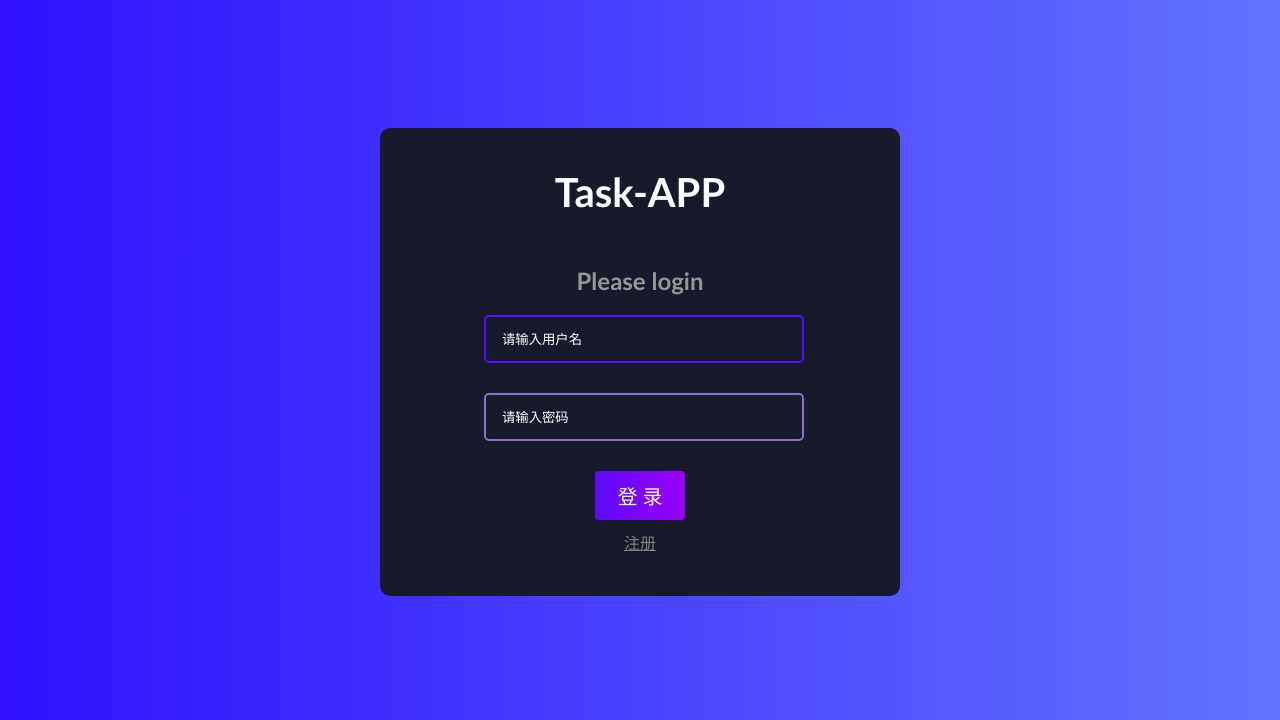
Repository: Azem723/todo-list-app
Page: /
The author's editor kept a copy of each file at every save. The page is drawn from the files as they stood at one save, then again after the next save.
The browser window is 1280 px wide. The pictures show the whole page.
The project was rebuilt for these pictures with package versions that can differ from the ones it lists, and the page was loaded fresh each time. Also part of the build but not shown: src/components/todoForm/TodoForm.module.css, src/components/todoForm/TodoForm.jsx, src/components/todoList/TodoList.module.css, src/components/todo/Todo.module.css, src/components/todo/Todo.jsx, src/components/todoList/TodoList.jsx, src/pages/home/Home.jsx, src/pages/NotFoundPages.jsx and 4 more.

Above is the page before, as saved 2021-12-08 11:42:07.

### public/index.html
<!DOCTYPE html>
<html lang="en">
  <head>
    <meta charset="utf-8" />
    <link rel="icon" href="%PUBLIC_URL%/favicon.ico" />
    <meta
      name="viewport"
      content="width=device-width, initial-scale=1,shrink-to-fit=no,minimum-scale=1.0,maximum-scale=1.0,user-scalable=no"
    />

    <meta name="theme-color" content="#000000" />
    <meta
      name="description"
      content="Web site created using create-react-app"
    />
    <link rel="apple-touch-icon" href="%PUBLIC_URL%/logo192.png" />
    <!--
      manifest.json provides metadata used when your web app is installed on a
      user's mobile device or desktop. See https://developers.google.com/web/fundamentals/web-app-manifest/
    -->
    <link rel="manifest" href="%PUBLIC_URL%/manifest.json" />
    <!--
      Notice the use of %PUBLIC_URL% in the tags above.
      It will be replaced with the URL of the `public` folder during the build.
      Only files inside the `public` folder can be referenced from the HTML.

      Unlike "/favicon.ico" or "favicon.ico", "%PUBLIC_URL%/favicon.ico" will
      work correctly both with client-side routing and a non-root public URL.
      Learn how to configure a non-root public URL by running `npm run build`.
    -->
    <title>React App</title>
  </head>
  <body>
    <noscript>You need to enable JavaScript to run this app.</noscript>
    <div id="root"></div>
    <!--
      This HTML file is a template.
      If you open it directly in the browser, you will see an empty page.

      You can add webfonts, meta tags, or analytics to this file.
      The build step will place the bundled scripts into the <body> tag.

      To begin the development, run `npm start` or `yarn start`.
      To create a production bundle, use `npm run build` or `yarn build`.
    -->
  </body>
</html>

### src/index.js
import React from 'react';
import ReactDOM from 'react-dom';
import App from './App';
import { Provider } from 'react-redux';
import store from './redux/store.js';

ReactDOM.render(
  <React.StrictMode>
    <Provider store={store}>
      <App />
    </Provider>
  </React.StrictMode>,
  document.getElementById('root')
);

// If you want to start measuring performance in your app, pass a function
// to log results (for example: reportWebVitals(console.log))
// or send to an analytics endpoint. Learn more: https://bit.ly/CRA-vitals

### src/App.js
import './App.css';
// import TodoForm from './components/TodoForm';
import Home from './pages/home/Home';
import NotFoundPage from './pages/NotFoundPages';
import LoginPage from './pages/login/LoginPage';
import RegiserPage from './pages/register/RegisterPage';
import { BrowserRouter, Route, Routes } from 'react-router-dom';
import Loading from './components/loading/Loading';
import { useSelector } from 'react-redux';
import { useNavigate } from 'react-router-dom';
import { Navigate } from 'react-router';

const PrivateRoute = ({ isAuthenticated }) => {
  return isAuthenticated ? <Home /> : <Navigate to="/" />;
};

function App() {
  const loading = useSelector((state) => state.user.loading);
  const jwt = useSelector((state) => state.user.token);

  function loadingMask(loading) {
    if (loading) {
      return <Loading />;
    } else {
      return null;
    }
  }

  return (
    <div className='fixedBg'>
      <div className="todo-app" id={'todoApp'}>
        <BrowserRouter>
          <Routes>
            <Route path="/" element={<LoginPage />} />
            <Route path="/signup" element={<RegiserPage />} />
            <Route
              path="/home"
              element={<PrivateRoute isAuthenticated={jwt} />}
            />
            <Route path="*" element={<NotFoundPage />} />
          </Routes>
        </BrowserRouter>
        {loadingMask(loading)}
        {/* <TodoList /> */}
      </div>
    </div>
  );
}

export default App;

### src/redux/store.js
import { configureStore } from '@reduxjs/toolkit';
import { combineReducers } from 'redux';
// import { createStore, combineReducers } from 'redux';
// import listReducer from './listState/listReducer';
// let store = createStore(listReducer, initialState);

// const rootReducer = combineReducers({
//   todolist: listReducer
// });
// const store = configureStore({
//   reducer: { todolist: listReducer },
//   devTools: true
// });
import todolistReducer from './listState/slice';
import userSlice from './user/slice';

const rootReducer = combineReducers({
  todolist: todolistReducer,
  user: userSlice.reducer
});
const store = configureStore({
  reducer: rootReducer,
  devTools: true
});

export default store;

### src/App.css
* {
  box-sizing: border-box;
  margin: 0;
  padding: 0;
  font-family: 'Trebuchet MS', 'Lucida Sans Unicode', 'Lucida Grande',
    'Lucida Sans', Arial, sans-serif;
}

body {
  height: 100%;
  padding-bottom: env(safe-area-inset-bottom);
}
.fixedBg {
  background: linear-gradient(
    90deg,
    rgba(48, 16, 255, 1) 0%,
    rgba(100, 115, 255, 1) 100%
  );
  height: 100%;
  width: 100%;
  position: fixed;
  overflow-y: scroll;
  -webkit-overflow-scrolling: touch;
}

.todo-app {
  display: flex;
  position: relative;
  flex-direction: column;
  justify-content: start;
  width: 520px;
  /* min-height: 600px; */
  background: #161a2b;
  text-align: center;
  margin: 128px auto;
  border-radius: 10px;
  padding-bottom: 32px;
}

@media screen and (max-width: 520px) {
  .todo-app {
    width: 94vw;
    margin: 9vh auto;
  }
}

h1 {
  margin: 32px 0;
  color: #fff;
  font-size: 24px;
}

@media screen and (max-width: 520px) {
  h1 {
    margin: 20px 0;
    font-size: 24px;
  }
}

a {
  text-decoration: underline;
  color: grey;
}
a:hover,
a:visited,
a:link,
a:active {
  color: grey;
}

### src/pages/login/LoginPage.jsx
import styles from '../../styles/SignupAndRegist.module.css';
import { useState, useEffect } from 'react';
import { signIn } from '../../redux/user/slice';
import { useDispatch, useSelector } from 'react-redux';
import { useNavigate } from 'react-router-dom';
import Toast from '../../components/toast/Toast';
import { showToast } from '../../components/toast/Toast';

function LoginPage() {
  const dispatch = useDispatch();

  // 组件 state 获取用户输入
  const [userLogInInput, setUserLogInInput] = useState({
    userName: '',
    password: ''
  });
  function handleUserNameInput(e) {
    setUserLogInInput({ ...userLogInInput, userName: e.target.value });
  }
  function handlePasswordInput(e) {
    setUserLogInInput({ ...userLogInInput, password: e.target.value });
  }

  // 连接 redux 获取 token 和 error
  const jwt = useSelector((state) => state.user.token);
  const errorMessage = useSelector((state) => state.user.error);
  // 密码错误时 showToast
  useEffect(() => {
    if (errorMessage !== null) {
      showToast(errorMessage);
    }
  }, [errorMessage]);
  // jwt 改变时 路由转跳
  const navigate = useNavigate();
  useEffect(() => {
    if (jwt !== null) {
      console.log('jwt:', jwt);
      navigate('/home');
    }
  }, [jwt]);

  function handleLogin(e) {
    e.preventDefault();
    if (!userLogInInput.userName || !userLogInInput.password) {
      showToast('用户名和密码不能为空！')
    } else {
      dispatch(signIn(userLogInInput));
    }

    // console.log('userInput:', userLogInInput);
  }

  return (
    <>
      <h1 className={styles['firstPage-title']}>Task-APP</h1>
      <h2 className={styles['firstPage-header']}>Please login</h2>
      <form className={styles['firstPage-form']} onSubmit={handleLogin}>
        <input
          className={styles['firstPage-input']}
          type="text"
          value={userLogInInput.userName}
          onChange={handleUserNameInput}
          placeholder="请输入用户名"
        />
        <input
          className={`${styles['firstPage-input']} ${styles['firstPage-password']}`}
          type="text"
          value={userLogInInput.password}
          onChange={handlePasswordInput}
          placeholder="请输入密码"
        />
        <button className={styles['firstPage-button']}>登 录</button>
        <a className={styles['firstPage-SignupRegsitSwitch']} href="/signup">
          注册
        </a>
      </form>
      <Toast />
    </>
  );
}

export default LoginPage;

### src/redux/listState/slice.js
import { createSlice } from '@reduxjs/toolkit';

const todolistSlice = createSlice({
  name: 'todolist',
  initialState: [
    { id: 12, text: 'aaa', isComplete: false, sortIndex: 0 },
    { id: 13, text: 'bbb', isComplete: false, sortIndex: 1 },
    { id: 14, text: 'ccc', isComplete: false, sortIndex: 2 },
    { id: 154, text: 'ddd', isComplete: false, sortIndex: 3 },
    { id: 1435, text: 'eee', isComplete: false, sortIndex: 4 },
    { id: 6345, text: 'fff', isComplete: false, sortIndex: 5 },
    { id: 234, text: 'ggg', isComplete: false, sortIndex: 6 },
    { id: 34, text: 'hhh', isComplete: false, sortIndex: 7 },
    { id: 10, text: 'iii', isComplete: false, sortIndex: 7 },
    { id: 5346, text: 'jjj', isComplete: false, sortIndex: 7 },
    { id: 789, text: 'kkk', isComplete: false, sortIndex: 7 },
    { id: 210, text: 'lll', isComplete: false, sortIndex: 7 },
    { id: 67, text: 'mmm', isComplete: false, sortIndex: 7 },
    { id: 123, text: 'nnn', isComplete: false, sortIndex: 7 },
    { id: 19, text: 'ooo', isComplete: false, sortIndex: 7 },
    { id: 1354, text: 'ppp', isComplete: false, sortIndex: 7 },
    { id: 456, text: 'qqq', isComplete: false, sortIndex: 7 }
  ],
  reducers: {
    ADD_TODO: (state, action) => {
      // action.payload.sortIndex = state[state.length - 1].sortIndex + 1;
      // const newTodo = [...state, action.payload];

      const newTodo = action.payload;
      newTodo.sortIndex = state.length
        ? state[state.length - 1].sortIndex + 1
        : 0;
      const newTodosList = [...state, newTodo];
      return newTodosList;
    },

    REMOVE_TODO: (state, action) => {
      const removeTodoArr = state.filter((todo) => todo.id !== action.payload);
      return removeTodoArr;
    },

    UPDATE_TODO: (state, action) => {
      const updatedArr = state.map((item) => {
        if (item.id === action.payload.id) {
          item = Object.assign({}, item);
          item.text = action.payload.text;
        }
        return item;
      });
      return updatedArr;
    },

    COMPLETE_TODO: (state, action) => {
      for (let item of state) {
        if (item.id === action.payload) {
          item.isComplete = !item.isComplete;
        }
      }
      // const completeTodoArr = state.map((item) => {
      //   if (item.id === action.payload) {
      //     item = Object.assign({}, item);
      //     item.isComplete = !item.isComplete;
      //   }
      //   return item;
      // });
      // return completeTodoArr;
    },
    REORDER_TODO: (state, action) => {
      // const reOrderedList = [...action.payload];
      // console.log(action.payload)
      const reOrderedList = action.payload.map((item, index) => {
        item = Object.assign({}, item);
        item.sortIndex = index;
        return item;
      });
      return reOrderedList;
    }
  }
});

export const {
  ADD_TODO,
  REMOVE_TODO,
  UPDATE_TODO,
  COMPLETE_TODO,
  REORDER_TODO
} = todolistSlice.actions;
export default todolistSlice.reducer;

### src/redux/user/slice.js
import { createAsyncThunk, createSlice } from '@reduxjs/toolkit';
import axios from 'axios';

export const signIn = createAsyncThunk(
  'user/signIn',
  async (paramaters, thunkAPI) => {
    const { data } = await axios.get(
      `https://www.fastmock.site/mock/ec3f45d4cf2bb5a3874fc0d304a8c735/todolist/api/login-test`,
      {
        username: paramaters.username,
        password: paramaters.password
      }
    );
    document.cookie = `token=${data.token}`;
    return data.token;
  }
);

const userSlice = createSlice({
  name: 'user',
  initialState: {
    loading: false,
    error: null,
    token: null
  },
  reducers: {
    logOut: (state) => {
      state.token = null;
      state.error = null;
      state.loading = false;
    }
  },
  extraReducers: {
    // action creator that dispatches an 'user/signIn/pending' action
    [signIn.pending.type]: (state) => {
      state.loading = true;
    },
    [signIn.fulfilled.type]: (state, action) => {
      state.token = action.payload;
      state.loading = false;
      state.error = null;
    },
    [signIn.rejected.type]: (state, action) => {
      state.error = action.payload;
      state.loading = false;
    }
  }
});

export default userSlice;

### src/styles/SignupAndRegist.module.css
.firstPage-title {
  font-size: 40px;
  margin: 40px auto;
}
.firstPage-form {
  width: 60%;
  margin: 10px auto;
}
.firstPage-header {
  color: rgb(151, 151, 151);
  margin: 10px auto;
}
.firstPage-input {
  padding: 14px 32px 14px 16px;
  border-radius: 5px;
  border: 2px solid #5d0cff;
  outline: none;
  width: 320px;
  background: transparent;
  color: #fff;
  margin-bottom: 30px;
}
.firstPage-input::placeholder {
  color: #fff;
}
.firstPage-password {
  border-color: #8e70c9;
}
@media screen and (max-width: 500px) {
  .firstPage-input {
    width: 100%;
  }
}
.firstPage-button {
  width: 90px;
  padding: 10px;
  border: none;
  border-radius: 4px;
  cursor: pointer;
  outline: none;
  background: linear-gradient(
    90deg,
    rgba(93, 12, 255, 1) 0%,
    rgba(155, 0, 250, 1) 100%
  );
  font-size: 20px;
  color: #fff;
  text-transform: capitalize;
}
.firstPage-SignupRegsitSwitch {
  margin-top: 10px;
  display: block;
}

### src/components/toast/Toast.jsx
import Styles from './Toast.module.css';
import { Fragment } from 'react';
import reactDom from 'react-dom';

let timerToast = null;
function setTime() {
  timerToast = setTimeout(() => {
    let toast = document.getElementById('toast');
    if (toast) {
      reactDom.unmountComponentAtNode(toast);
    }
  }, 3000);
}

const toastElement = (message) => {
  return reactDom.render(
    <Fragment>
      <div className={Styles.toast}>
        <div className={Styles.toastMessage}>{message}</div>
      </div>
    </Fragment>,
    document.getElementById('toast')
  );
};

export const showToast = function (message) {
  clearTimeout(timerToast);
  toastElement(message);
  setTime();
};

function Toast() {
  return <div id={'toast'}></div>;
}

export default Toast;

After the next save:
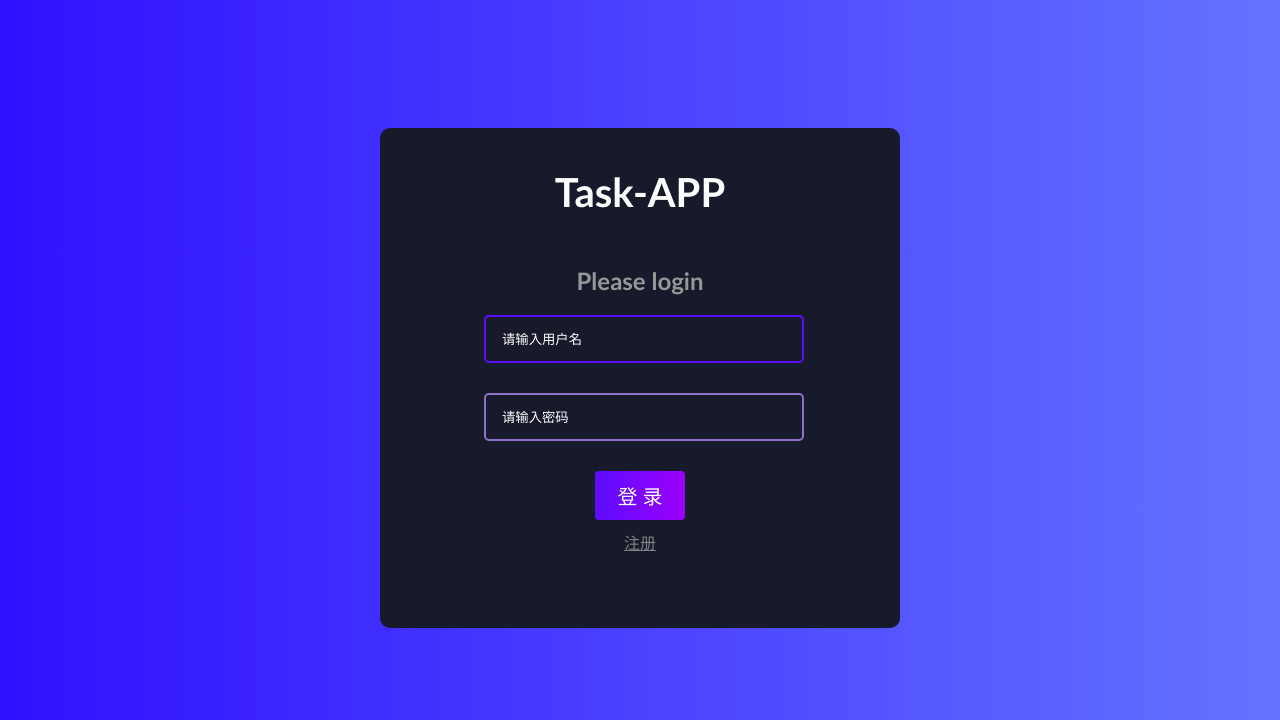
Saved 27 s later.
--- a/src/App.css
+++ b/src/App.css
@@ -29,7 +29,7 @@ body {
   flex-direction: column;
   justify-content: start;
   width: 520px;
-  /* min-height: 600px; */
+  min-height: 500px;
   background: #161a2b;
   text-align: center;
   margin: 128px auto;
